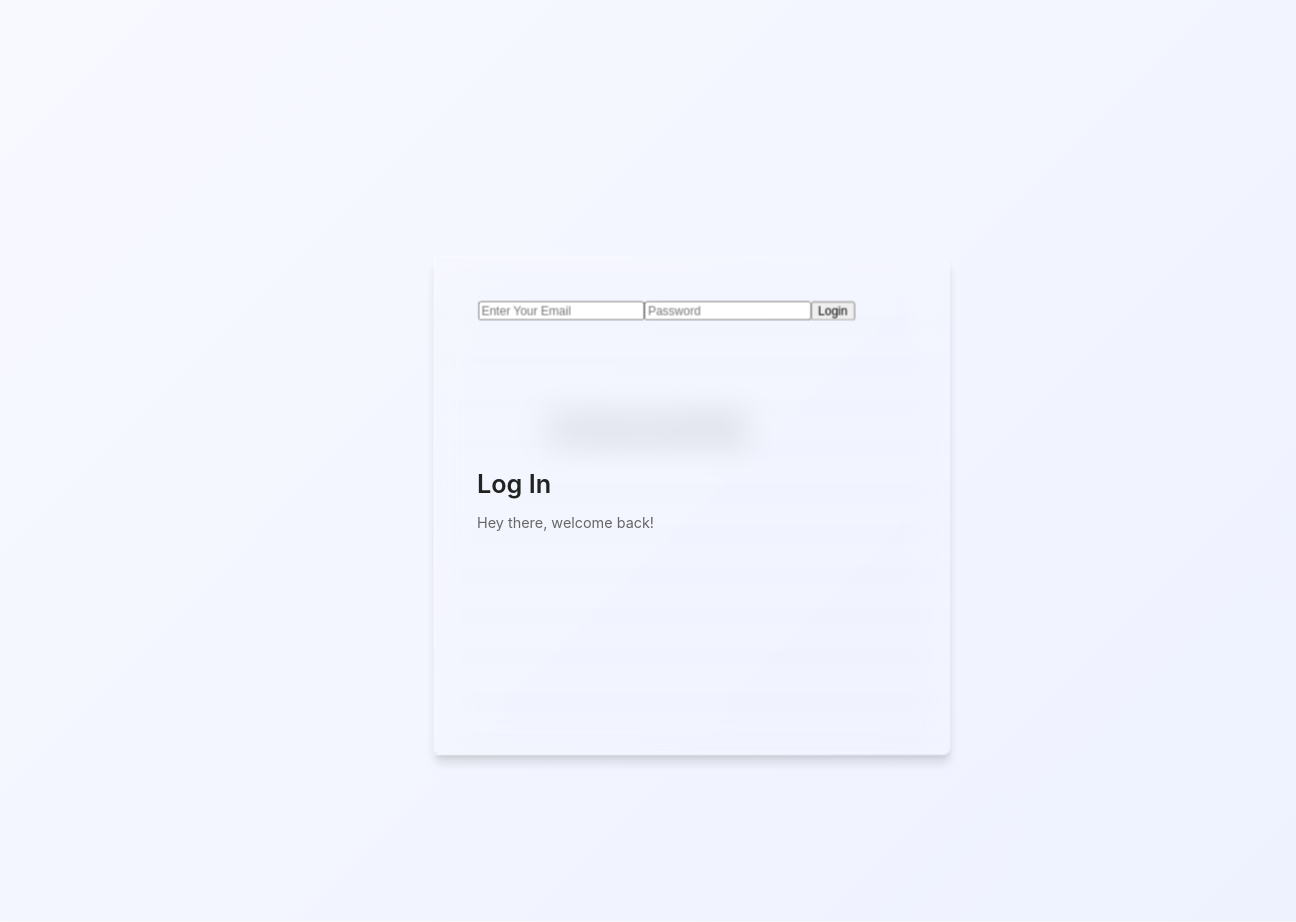
Repository: AfifaNoor/Admin_Panel-React-
Page: /sign-up
An editor plug-in stored every save of this project. The page is shown before and after the next save, followed by the edit.
The browser window is 1280 px wide. The page is 1440 px wide, so the pictures cover 1440 px, including what lies to the right of the window. The pictures show the whole page, at 90% of full size.
The project was rebuilt for these pictures with package versions that can differ from the ones it lists, and the page was loaded fresh each time. Also part of the build but not shown: src/SignUp.jsx.

Above is the page before, as saved 2025-07-10 15:45:57.

### src/App.js
import React from 'react'
import LoginPage from './LoginPage'
import { RouterProvider } from 'react-router-dom'
import Router from './Router'

const App = () => {
  return (
    <>
      {/* <RouterProvider router={Router}/> */}
      <LoginPage/>
    </>


  )
}

export default App

### src/LoginPage.jsx
import React, { useState } from 'react'
// import {Navigate, useNavigate} from 'react-router-dom';
import "./LoginPage.css"
import { ToastContainer, toast } from 'react-toastify';
import 'react-toastify/dist/ReactToastify.css';

const LoginPage = () => {
    const[email , setEmail]=useState('')
    const [password , setPassword] = useState('')
    // const navigate= useNavigate();

const handleSubmit =(e)=>{
    e.preventDefault();

 const hardcoreMail="login@gmail.com";
 const hardcorePassword = '1234567'

    if (email=== hardcoreMail && password === hardcorePassword){
        alert("Login Successfull")

    }else{
        alert("Invalid Credential")
    }

}



  return (
 <div className="login-container">

      <div className="signup-redirect">
        <p>
          Don’t have an account?{' '}
          {/* <span className="signup-link" onClick={() => navigate('/sign-up')}> */}
            {/* Sign Up */}
          {/* </span> */}
          <span className="signup-link" >
            Sign
          </span>
        </p>
      </div>

      <div className="title">
        <h1>Log In</h1>
        <p>Hey there, welcome back!</p>
      </div>

    <div>



    </div>

      <form className="login-form" onSubmit={handleSubmit}>
        <input
          type="email"
          className="form-input"
          value={email}
          placeholder="Enter Your Email"
          onChange={(e) => setEmail(e.target.value)}
          required
        />

        <input
          type="password"
          className="form-input"
          placeholder="Password"
          value={password}
          onChange={(e) => setPassword(e.target.value)}
          required
        />

        <button className="login-btn" type="submit">
          Login
        </button>

        {/* <ToastContainer /> */}
      </form>
    </div>
  );
}

export default LoginPage

### src/Router.jsx
import React from 'react';
import { createBrowserRouter , createRoutesFromElements , Route } from 'react-router-dom';
import LoginPage from './LoginPage';
import SignUp from './SignUp';

const Router = createBrowserRouter(
  createRoutesFromElements(
    <>

      <Route path='/sign-up' element={<SignUp/>}/>
      <Route path='login-page' element={<LoginPage/>}/>
    </>
  )
)

export default Router;

### src/LoginPage.css
.login-container {
  width: 1440px;
  height: 1024px;
  /* background: #FFFFFF; */
  opacity: 1;
  transform: rotate(0deg);
  display: flex;
  justify-content: center;
  align-items: center;
  background: linear-gradient(135deg, #f8f9ff, #eef2ff);
  flex-direction: column;
  font-family: 'Inter';
  position: relative;


}

.login-form{
  width: 476px;
  height: 456px;
  position: absolute;
  top: 284.5px;
  left: 482px;
  border-radius: 8px;
  padding: 48px;
  gap: 10px;
  opacity: 1;

  z-index: 2;

  background: linear-gradient(180deg, rgba(255, 255, 255, 0) -9.58%, rgba(255, 255, 255, 0.052) 100%);
  border: 1px solid transparent;
  border-image-source: linear-gradient(93.78deg, #FFFFFF 8.04%, rgba(255, 255, 255, 0) 100%);
  border-image-slice: 1;


-webkit-backdrop-filter: blur(20px);
backdrop-filter: blur(20px);

box-shadow:
  0px 10px 10px 0px rgba(0, 0, 0, 0.10),
  0px 4px 4px 0px rgba(0, 0, 0, 0.05),
  0px 1px 0px 0px rgba(0, 0, 0, 0.05),
  inset 0px 20px 50px 0px rgba(255, 255, 255, 0.15);




}

.title{
  z-index: 3;
  width: 380px;
  height: 72px;
  opacity: 1;
  gap: 10px;

}

.title h1 {
  font-size: 28px;
  font-weight: 600;
  color: #222;
  margin-bottom: 8px;
}

.title p {
  font-size: 16px;
  color: #666;
}

Loaded but not shown: public/index.html (common file); src/index.js (common file); src/index.css (common file); src/reportWebVitals.js (common file)

After the next save:
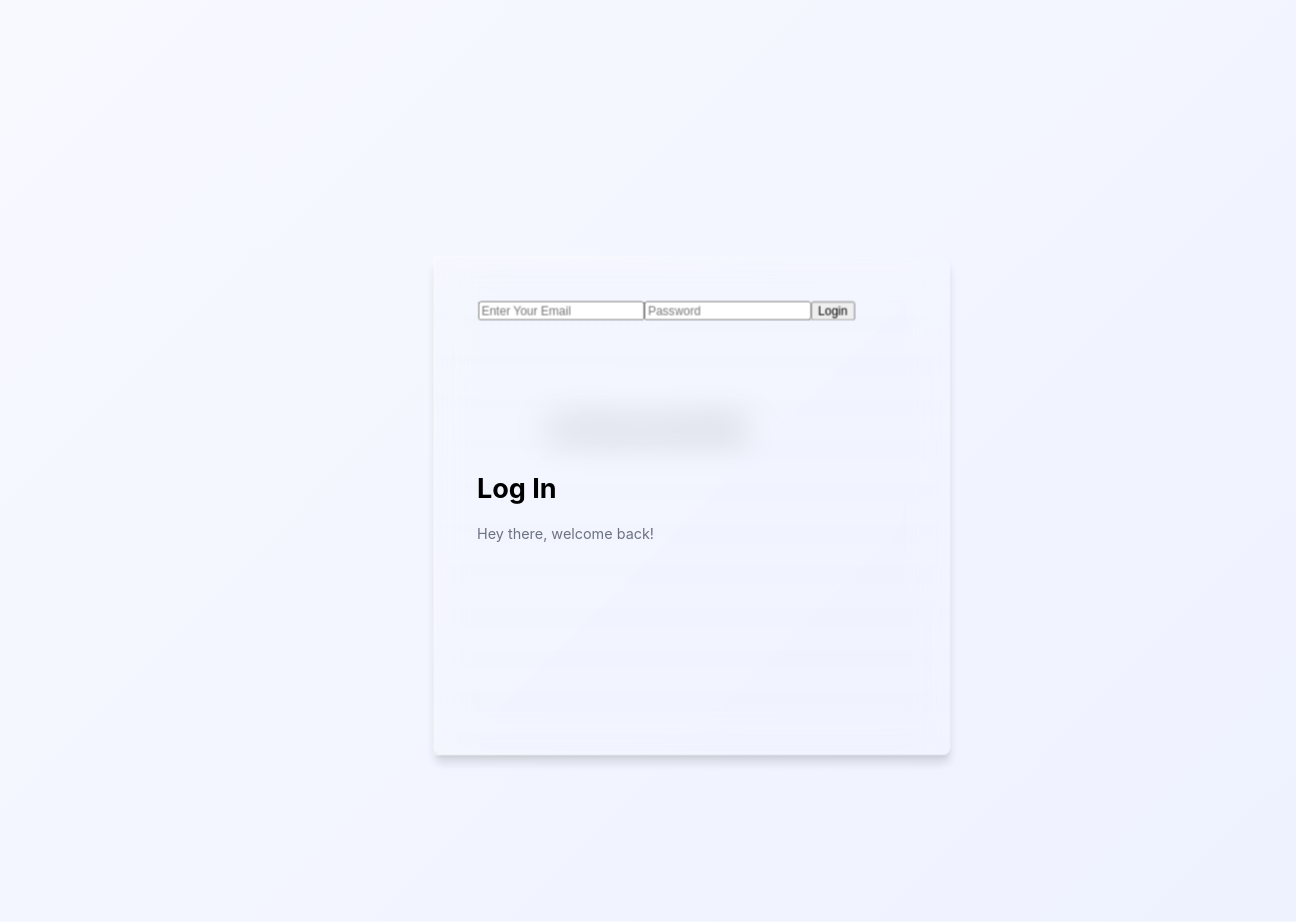
Saved 18 s later.
--- a/src/LoginPage.css
+++ b/src/LoginPage.css
@@ -9,7 +9,7 @@
   align-items: center;
   background: linear-gradient(135deg, #f8f9ff, #eef2ff);
   flex-direction: column;
-  font-family: 'Inter';
+  /* font-family: 'Inter','sans-serif'; */
   position: relative;
 
 
@@ -58,13 +58,22 @@ box-shadow:
 }
 
 .title h1 {
-  font-size: 28px;
-  font-weight: 600;
-  color: #222;
-  margin-bottom: 8px;
+width: 380px;
+height: 40px;
+font-family: 'Inter', sans-serif;
+font-weight: 600px;
+font-size: 30px;
+line-height: 40px;
+letter-spacing: -1%;
 }
 
-.title p {
+.title p{
   font-size: 16px;
-  color: #666;
+  font-style: Inter;
+  font-weight: 400px;
+  font-style:normal;
+  line-height: 22px;
+  letter-spacing: -1%;
+  color: rgba(107, 114, 128, 1);
+
 }
